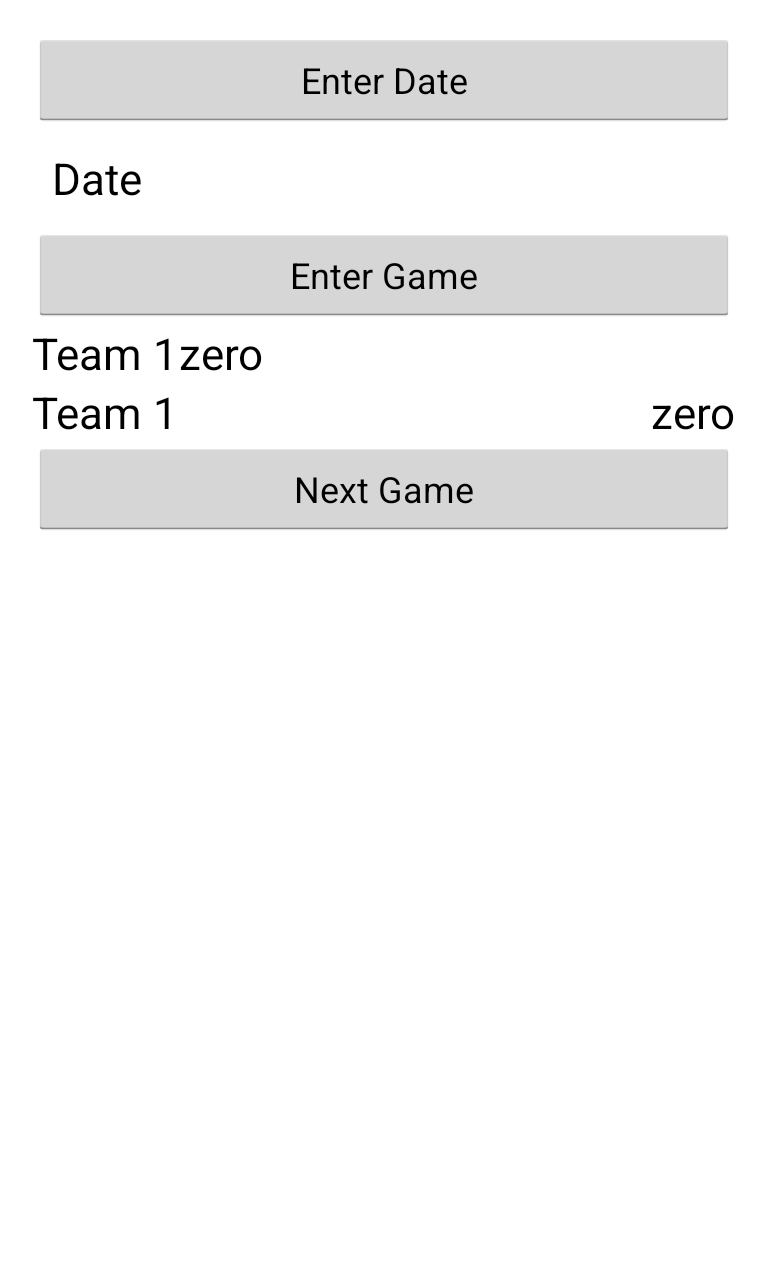
Repository: shervinshaikh/Android
Layout: NBAScoreTracker/res/layout/activity_sport_scores.xml
An editor plug-in stored every save of this project. The layout is shown before and after the next save, followed by the edit.
It is drawn on a 768 x 1280 px phone screen (xhdpi) without system bars, with theme AppTheme; the app's code is not run.

Above is the layout before, as saved 2013-04-27 18:45:21.

### NBAScoreTracker/res/layout/activity_sport_scores.xml
<LinearLayout
	xmlns:android="http://schemas.android.com/apk/res/android"
    xmlns:tools="http://schemas.android.com/tools"
    android:layout_width="match_parent"
    android:layout_height="match_parent"
    android:paddingBottom="@dimen/activity_vertical_margin"
    android:paddingLeft="@dimen/activity_horizontal_margin"
    android:paddingRight="@dimen/activity_horizontal_margin"
    android:paddingTop="@dimen/activity_vertical_margin"
    tools:context=".SportScores"
    android:screenOrientation="portrait"
    android:orientation="vertical"
    >

    <Button
        android:id="@+id/enter_date_button"
        android:layout_width="fill_parent"
        android:layout_height="wrap_content"
        android:text="@string/enter_date"
        />

    <TextView
        android:id="@+id/textView1"
        android:layout_width="wrap_content"
        android:layout_height="wrap_content"
        android:text="@string/date"
        android:textAppearance="?android:attr/textAppearanceLarge"
        android:padding="10dip" />

    <Button
        android:id="@+id/enter_game_button"
        android:layout_width="fill_parent"
        android:layout_height="wrap_content"
        android:text="@string/enter_game"
        />

    <LinearLayout
        android:layout_width="match_parent"
        android:layout_height="wrap_content"
        android:orientation="horizontal" >

        <TextView
            android:id="@+id/textView2"
            android:layout_width="wrap_content"
            android:layout_height="wrap_content"
            android:text="@string/team1"
            android:textAppearance="?android:attr/textAppearanceLarge"
            android:gravity="left"
            android:weight="1" />

        <TextView
            android:id="@+id/textView4"
            android:layout_width="wrap_content"
            android:layout_height="wrap_content"
            android:gravity="right"
            android:text="zero"
            android:textAppearance="?android:attr/textAppearanceLarge"
            android:weight="3" />

    </LinearLayout>

    <RelativeLayout
        android:layout_width="match_parent"
        android:layout_height="wrap_content" >

        <TextView
            android:id="@+id/textView3"
            android:layout_width="wrap_content"
            android:layout_height="wrap_content"
            android:text="@string/team1"
            android:textAppearance="?android:attr/textAppearanceLarge" />

        <TextView
            android:id="@+id/textView5"
            android:layout_width="wrap_content"
            android:layout_height="wrap_content"
            android:text="zero"
            android:textAppearance="?android:attr/textAppearanceLarge"
            android:layout_alignParentRight="true"
        	android:layout_alignParentTop="true" />

    </RelativeLayout>

    <Button
        android:id="@+id/next_game_button"
        android:layout_width="fill_parent"
        android:layout_height="wrap_content"
        android:text="@string/next_game"
        />

</LinearLayout>

### NBAScoreTracker/res/values/strings.xml
<?xml version="1.0" encoding="utf-8"?>
<resources>

    <string name="app_name">NBAScoreTracker</string>
    <string name="action_settings">Settings</string>
    <string name="hello_world">Hello world!</string>

    <string name="enter_date">Enter Date</string>
    <string name="enter_game">Enter Game</string>
    <string name="next_game">Next Game</string>

    <string name="date">Date</string>
    <string name="team1">Team 1</string>
    <string name="team2">Team 2</string>
    <string name="zero">0</string>

</resources>

Loaded but not shown: NBAScoreTracker/res/values/styles.xml (common file); NBAScoreTracker/res/values-v11/styles.xml (common file); NBAScoreTracker/res/values-v14/styles.xml (common file); NBAScoreTracker/res/values/dimens.xml (common file)

After the next save:
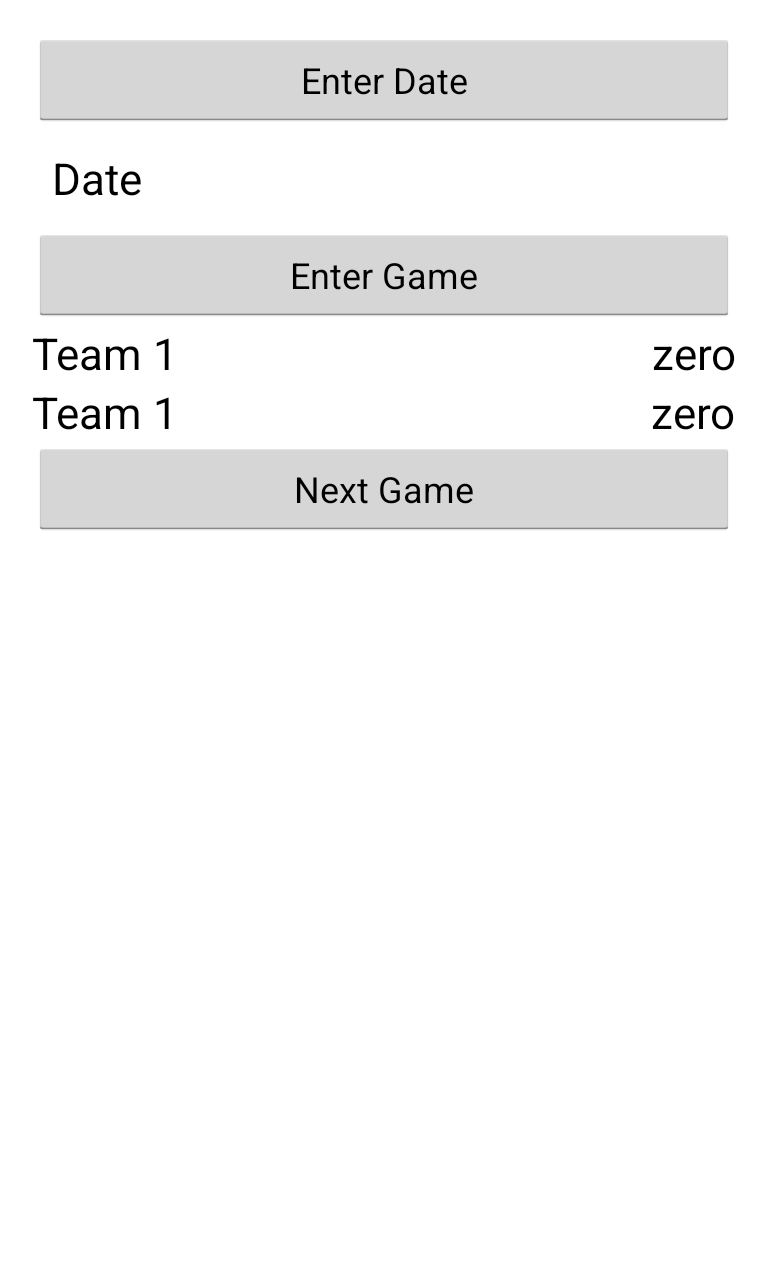
Saved 21 s later.
--- a/NBAScoreTracker/res/layout/activity_sport_scores.xml
+++ b/NBAScoreTracker/res/layout/activity_sport_scores.xml
@@ -34,7 +34,7 @@
         android:text="@string/enter_game"
         />
 
-    <LinearLayout
+    <RelativeLayout
         android:layout_width="match_parent"
         android:layout_height="wrap_content"
         android:orientation="horizontal" >
@@ -55,9 +55,10 @@
             android:gravity="right"
             android:text="zero"
             android:textAppearance="?android:attr/textAppearanceLarge"
-            android:weight="3" />
+            android:layout_alignParentRight="true"
+        	android:layout_alignParentTop="true" />
 
-    </LinearLayout>
+    </RelativeLayout>
 
     <RelativeLayout
         android:layout_width="match_parent"
